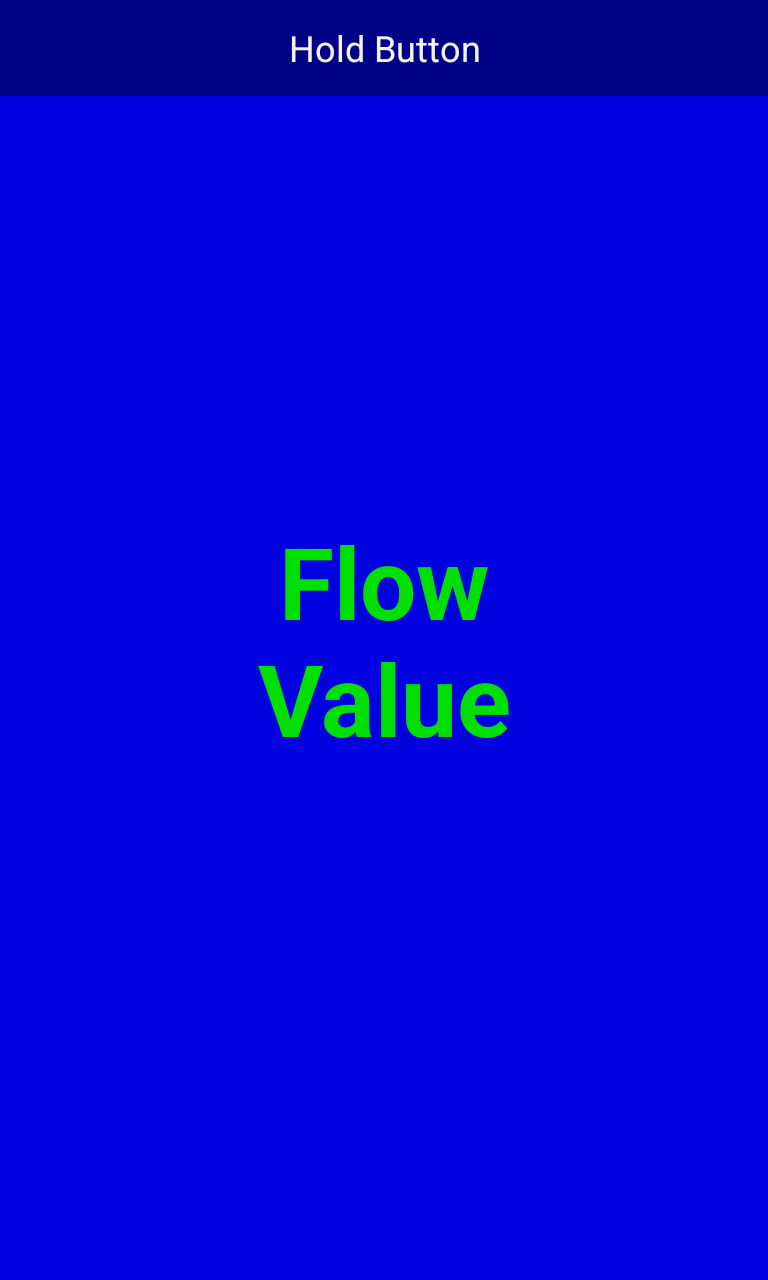
Repository: EmilyBMEDesign/DESIGN
Layout: workspace/Development/PeakExpiratoryFlowMeter/res/layout/activity_fullscreen.xml
An editor plug-in stored every save of this project. The layout is shown before and after the next save, followed by the edit.
It is drawn on a 768 x 1280 px phone screen (xhdpi) without system bars, with theme FullscreenTheme; the app's code is not run.

Above is the layout before, as saved 2013-09-30 00:16:32.

### workspace/Development/PeakExpiratoryFlowMeter/res/layout/activity_fullscreen.xml
<FrameLayout xmlns:android="http://schemas.android.com/apk/res/android"
    xmlns:tools="http://schemas.android.com/tools"
    android:layout_width="match_parent"
    android:layout_height="match_parent"
    android:background="#0101DF"
    tools:context=".FullscreenActivity" >

    <!--
         The primary full-screen view. This can be replaced with whatever view
         is needed to present your content, e.g. VideoView, SurfaceView,
         TextureView, etc.
    -->

    <TextView
        android:id="@+id/fullscreen_content"
        android:layout_width="match_parent"
        android:layout_height="match_parent"
        android:gravity="center"
        android:keepScreenOn="true"
        android:text="@string/flow_value"
        android:textColor="#01DF01"
        android:textSize="50sp"
        android:textStyle="bold" />

    <!--
         This FrameLayout insets its children based on system windows using
         android:fitsSystemWindows.
    -->

    <FrameLayout
        android:layout_width="match_parent"
        android:layout_height="match_parent"
        android:fitsSystemWindows="true" >

        <LinearLayout
            android:id="@+id/fullscreen_content_controls"
            style="?buttonBarStyle"
            android:layout_width="match_parent"
            android:layout_height="wrap_content"
            android:layout_gravity="center_horizontal"
            android:background="@color/black_overlay"
            android:orientation="horizontal"
            tools:ignore="UselessParent" >

            <Button
                android:id="@+id/hold_button"
                style="?buttonBarButtonStyle"
                android:layout_width="0dp"
                android:layout_height="wrap_content"
                android:layout_weight="1"
                android:text="@string/hold_button" />

        </LinearLayout>


    </FrameLayout>

</FrameLayout>

### workspace/Development/PeakExpiratoryFlowMeter/res/values/strings.xml
<?xml version="1.0" encoding="utf-8"?>
<resources>

    <string name="app_name">Peak Flow Meter</string>
    <string name="hold_button">Hold Button</string>
    <string name="flow_value">Flow\nValue</string>

</resources>

Loaded but not shown: workspace/Development/PeakExpiratoryFlowMeter/res/values-v11/styles.xml (common file); workspace/Development/PeakExpiratoryFlowMeter/res/values/styles.xml (common file); workspace/Development/PeakExpiratoryFlowMeter/res/values/colors.xml (common file)

After the next save:
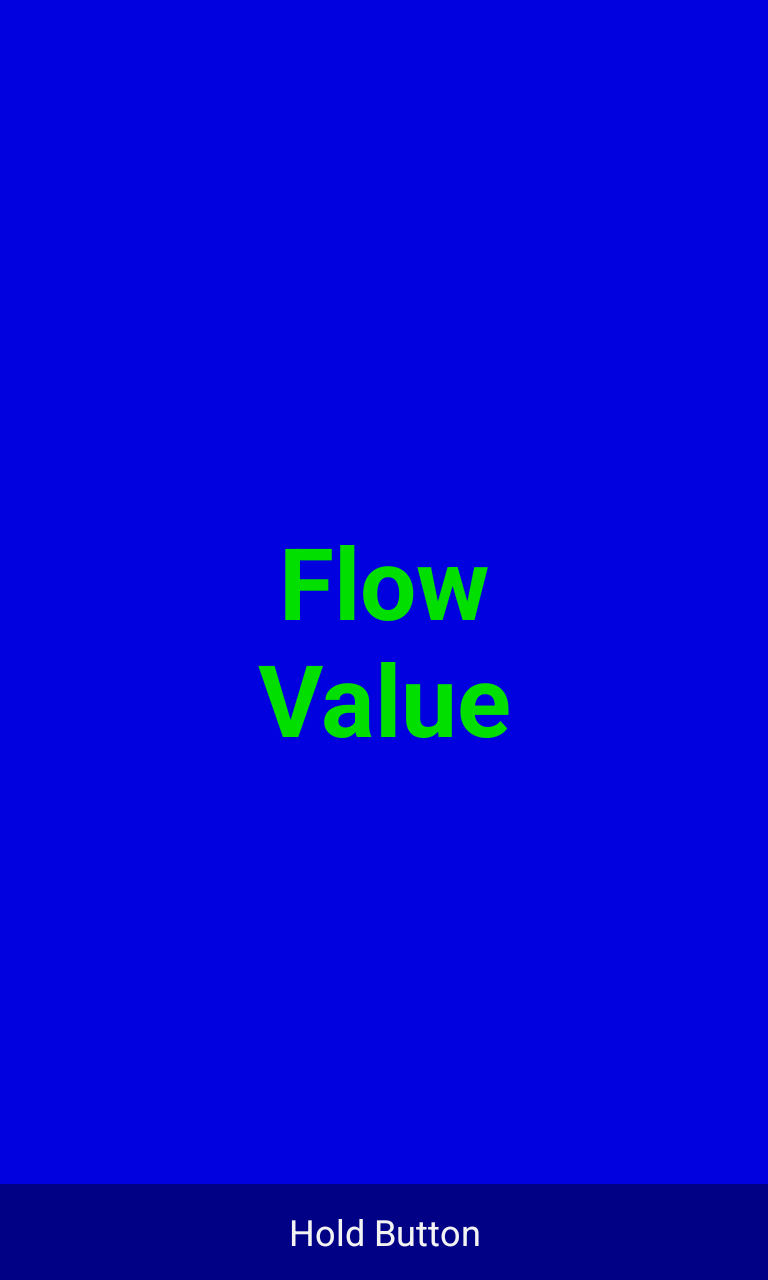
Saved 34 s later.
--- a/workspace/Development/PeakExpiratoryFlowMeter/res/layout/activity_fullscreen.xml
+++ b/workspace/Development/PeakExpiratoryFlowMeter/res/layout/activity_fullscreen.xml
@@ -37,7 +37,7 @@
             style="?buttonBarStyle"
             android:layout_width="match_parent"
             android:layout_height="wrap_content"
-            android:layout_gravity="center_horizontal"
+            android:layout_gravity="bottom|center_horizontal"
             android:background="@color/black_overlay"
             android:orientation="horizontal"
             tools:ignore="UselessParent" >
